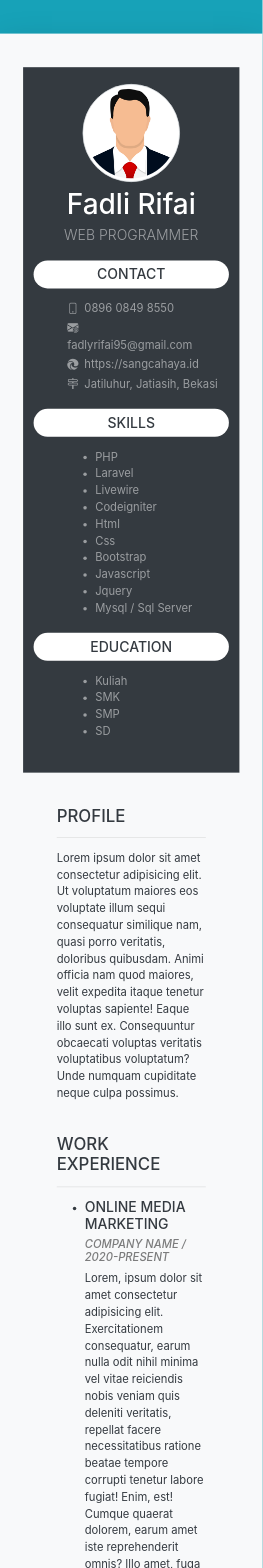
Repository: fadlyyy/fadlyyy.github.io
Page: index.html
These files come from the project's save history. The page is drawn as it stood at one moment and after the next save; the edit follows.
The browser window is 375 px wide. The pictures show the part of the page from y = 0 to 2240 px (the page is 3672 px tall before and 1521 px after), at 70% of full size.

Above is the page before, as saved 2024-01-30 11:53:32.

After the next save:
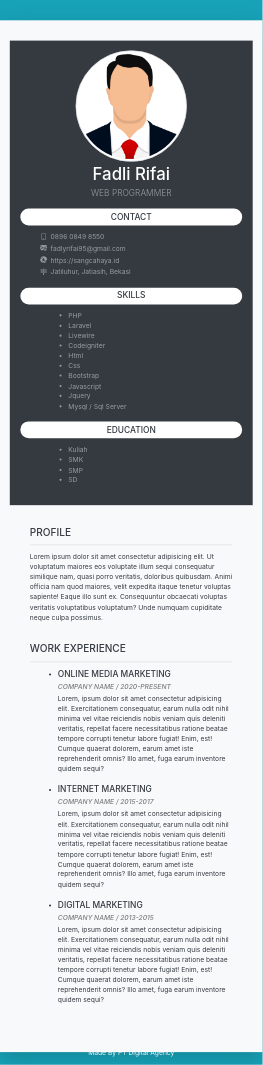
Saved 49 s later.
--- a/style.css
+++ b/style.css
@@ -2,9 +2,61 @@
     margin: 0;
 }
 
-@media screen and (max-width: 768px) {
-    .general-info ul li p {
-        margin: 0;
+/* Media Query */
+/* Extra Large */
+@media (max-width: 1200px) {
+    .home .heart {
+      transform: translateX(-50%) translateY(45px);
+    }
+  }
+
+  /* Laptop */
+  @media (max-width: 992px) {
+    html {
+      font-size: 75%;
     }
 
-}
+    .simply-countdown > .simply-section {
+      padding: 70px;
+    }
+
+    .home .heart {
+      display: none;
+    }
+  }
+  /* Tablet */
+  @media (max-width: 768px) {
+    html {
+      font-size: 65%;
+    }
+
+    .simply-countdown > .simply-section {
+      padding: 60px;
+      margin: 5px;
+    }
+
+    .mynavbar .nav-link {
+      /* text-transform: uppercase; */
+      font-size: 2rem;
+      text-align: center;
+    }
+
+    .sticky-top {
+      overflow: hidden;
+    }
+  }
+  /* Mobile */
+  @media (max-width: 576px) {
+    html {
+      font-size: 60%;
+    }
+
+    .simply-countdown > .simply-section {
+      padding: 38px;
+      margin: 3px;
+    }
+
+    .hero h1 span {
+      display: block;
+    }
+  }

After the 2 saves that followed:
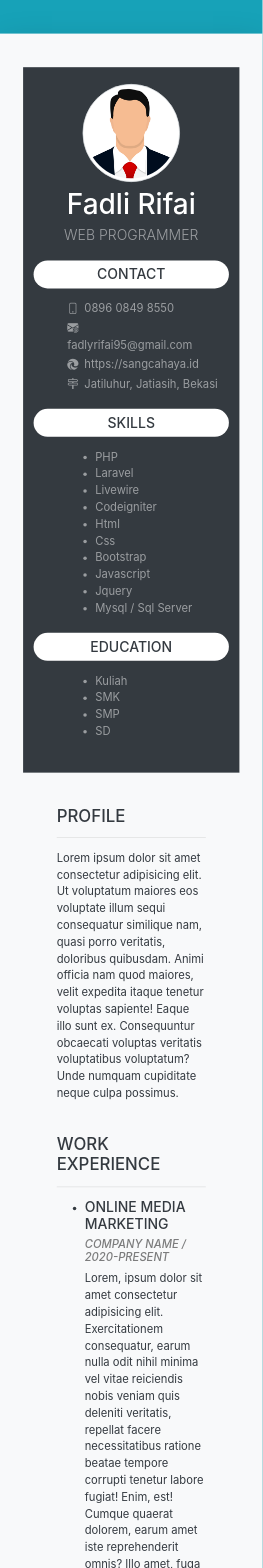
The 2 saves are shown as one change because 1 left the picture as it was.
The last was saved 26 s later.
--- a/style.css
+++ b/style.css
@@ -5,58 +5,20 @@
 /* Media Query */
 /* Extra Large */
 @media (max-width: 1200px) {
-    .home .heart {
-      transform: translateX(-50%) translateY(45px);
-    }
-  }
 
-  /* Laptop */
-  @media (max-width: 992px) {
-    html {
-      font-size: 75%;
-    }
+}
 
-    .simply-countdown > .simply-section {
-      padding: 70px;
-    }
+/* Laptop */
+@media (max-width: 992px) {
 
-    .home .heart {
-      display: none;
-    }
-  }
-  /* Tablet */
-  @media (max-width: 768px) {
-    html {
-      font-size: 65%;
-    }
+}
 
-    .simply-countdown > .simply-section {
-      padding: 60px;
-      margin: 5px;
-    }
+/* Tablet */
+@media (max-width: 768px) {
 
-    .mynavbar .nav-link {
-      /* text-transform: uppercase; */
-      font-size: 2rem;
-      text-align: center;
-    }
+}
 
-    .sticky-top {
-      overflow: hidden;
-    }
-  }
-  /* Mobile */
-  @media (max-width: 576px) {
-    html {
-      font-size: 60%;
-    }
+/* Mobile */
+@media (max-width: 576px) {
 
-    .simply-countdown > .simply-section {
-      padding: 38px;
-      margin: 3px;
-    }
-
-    .hero h1 span {
-      display: block;
-    }
-  }
+}
